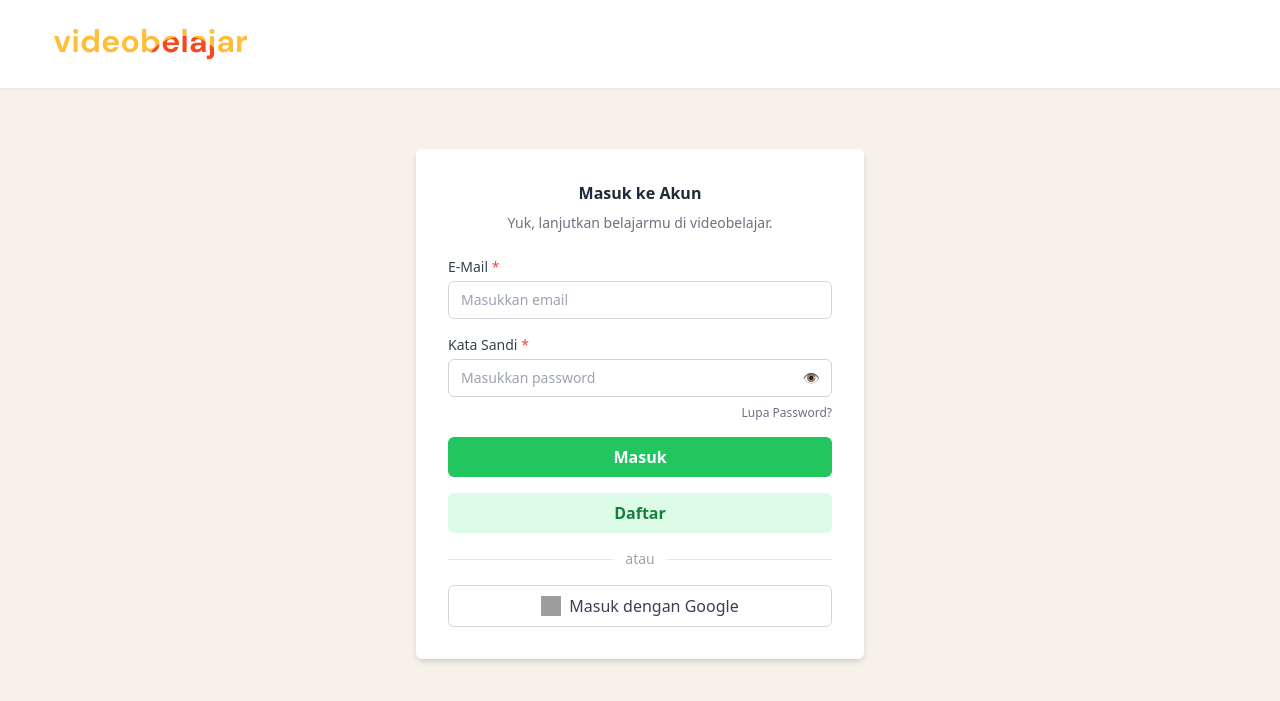
Repository: dimascahyanugraha/Course-Mission-4
Page: /signup
These files come from the project's save history. The page is drawn as it stood at one moment and after the next save; the edit follows.
The browser window is 1280 px wide. The pictures show the whole page.
Pictures or frames that could not be fetched are drawn as grey boxes. The project was rebuilt for these pictures with package versions that can differ from the ones it lists, and the page was loaded fresh each time. Also part of the build but not shown: vite.config.js.

Above is the page before, as saved 2026-05-20 14:52:15.

After the next save:
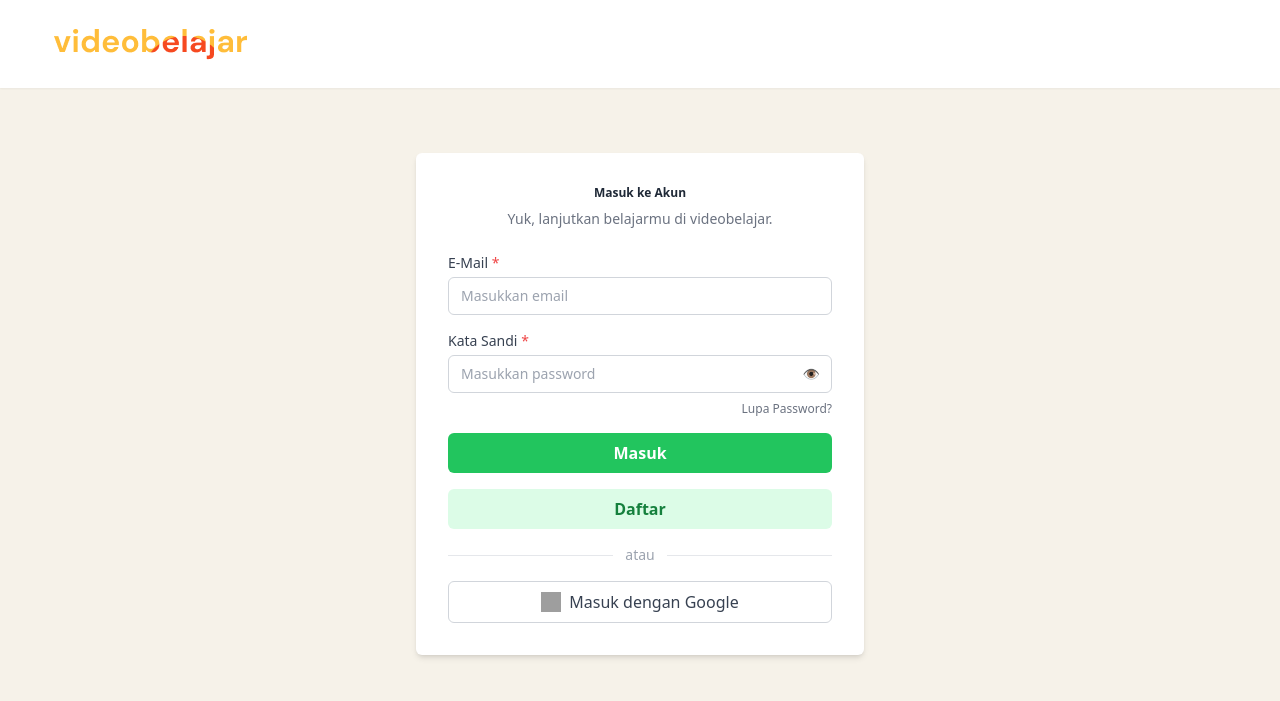
Saved 14 s later.
--- a/src/components/LoginPage.jsx
+++ b/src/components/LoginPage.jsx
@@ -15,7 +15,7 @@
       <main className="flex flex-auto justify-center items-center px-4">
         <div className="bg-white w-full max-w-md rounded-md shadow-md p-8">
           {/* TITLE */}
-          <h2 className="text-slate-800 font-bold text-gray-800 text-center">
+          <h2 className="text-xs font-bold text-gray-800 text-center">
             Masuk ke Akun
           </h2>
 

After the save that followed:
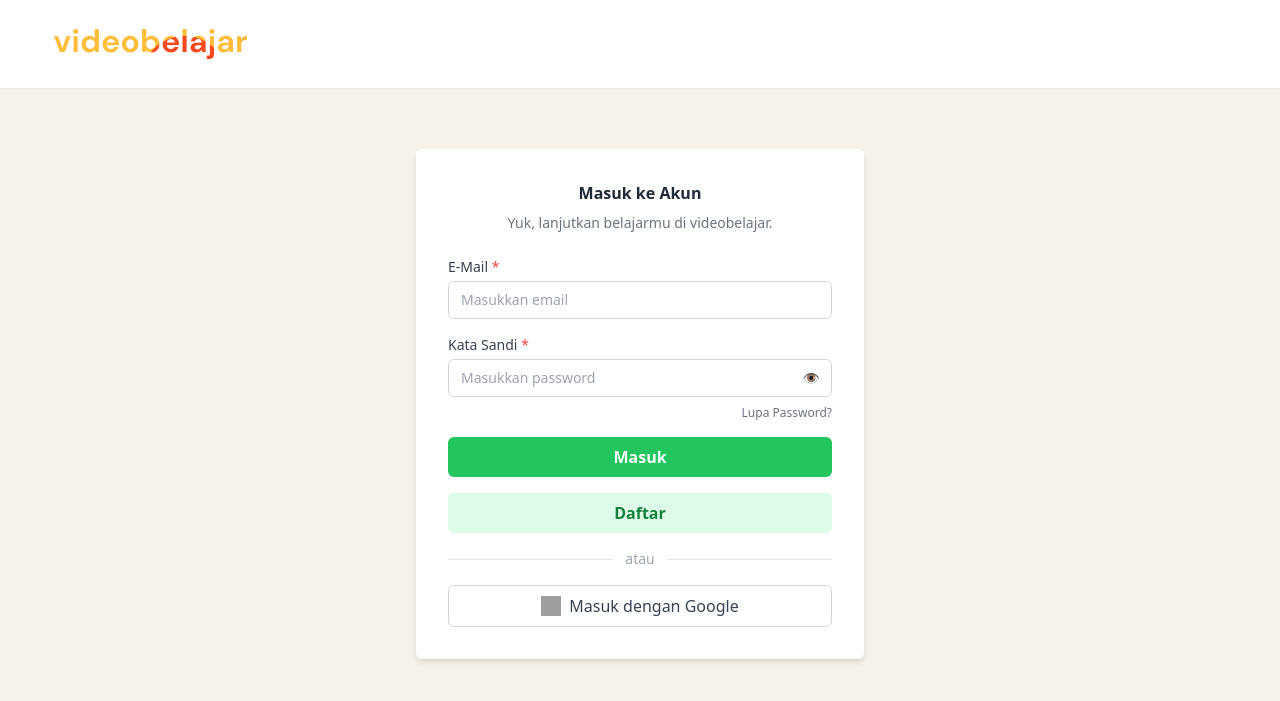
Saved 6 s later.
--- a/src/components/LoginPage.jsx
+++ b/src/components/LoginPage.jsx
@@ -15,7 +15,7 @@
       <main className="flex flex-auto justify-center items-center px-4">
         <div className="bg-white w-full max-w-md rounded-md shadow-md p-8">
           {/* TITLE */}
-          <h2 className="text-xs font-bold text-gray-800 text-center">
+          <h2 className="text-x1 font-bold text-gray-800 text-center">
             Masuk ke Akun
           </h2>
 
